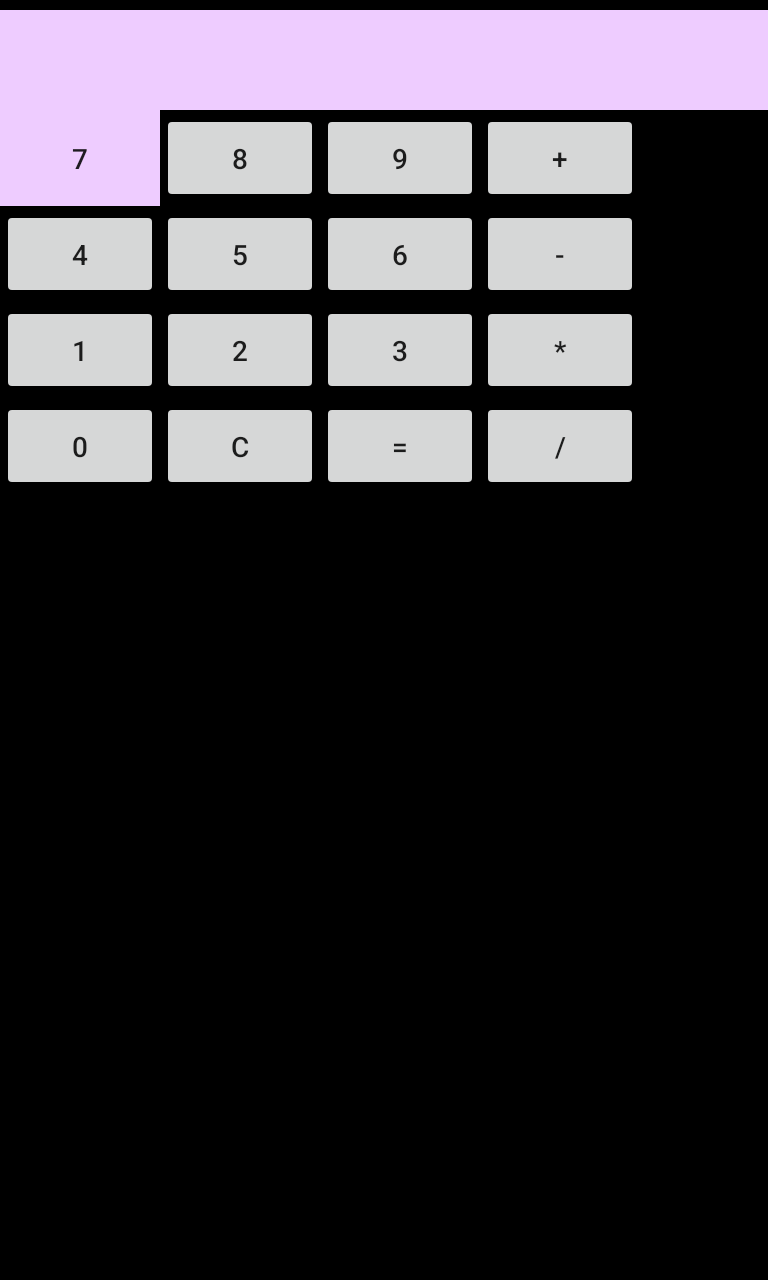
Repository: A207/guanjingjing
Layout: project/calculator_gjj/res/layout/activity_main.xml
The author's editor kept a copy of each file at every save. The layout is drawn from the files as they stood at one save, then again after the next save.
It is drawn on a 768 x 1280 px phone screen (xhdpi) without system bars, with theme AppTheme; the app's code is not run.

Above is the layout before, as saved 2015-07-16 02:00:25.

After the next save:
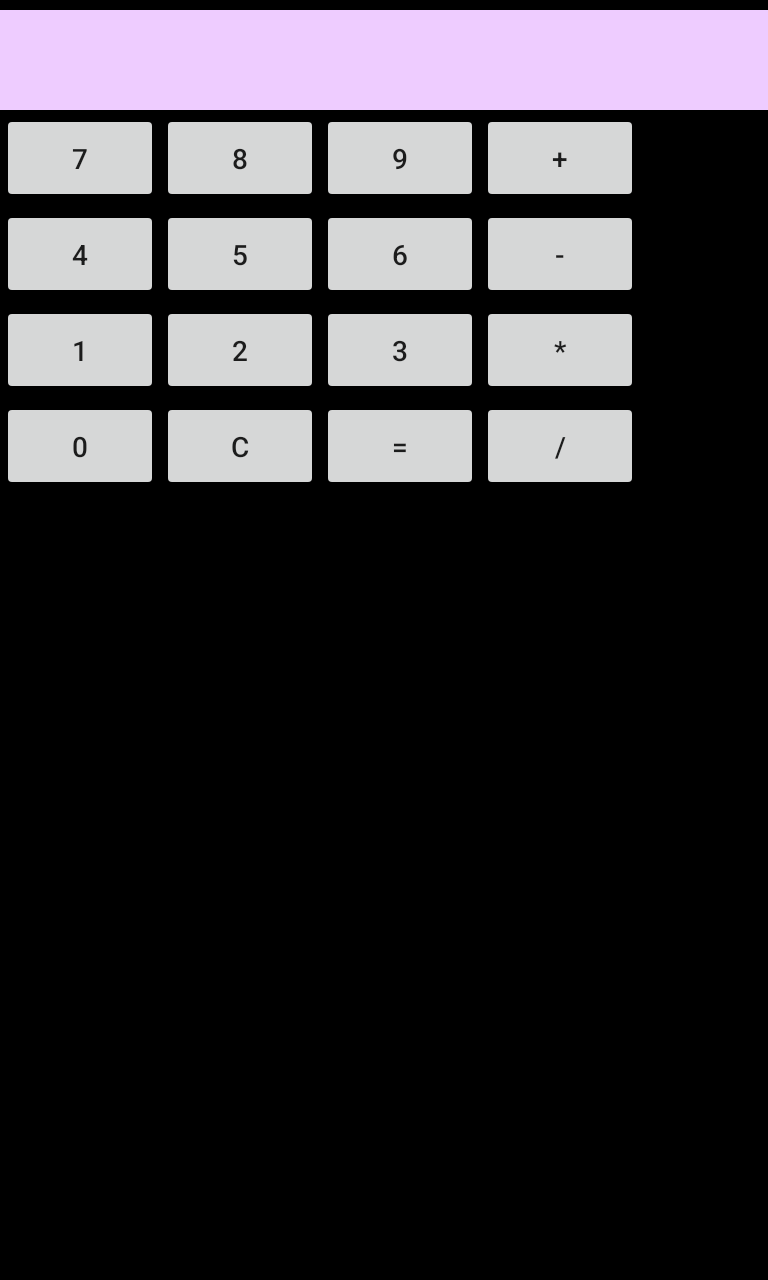
Saved 11 s later.
--- a/project/calculator_gjj/res/layout/activity_main.xml
+++ b/project/calculator_gjj/res/layout/activity_main.xml
@@ -29,7 +29,6 @@
             android:id="@+id/btn_calc_07"
             android:layout_width="80dip"
             android:layout_height="wrap_content"
-            android:background="#eeccff"
             android:text="7" />
 
         <Button
